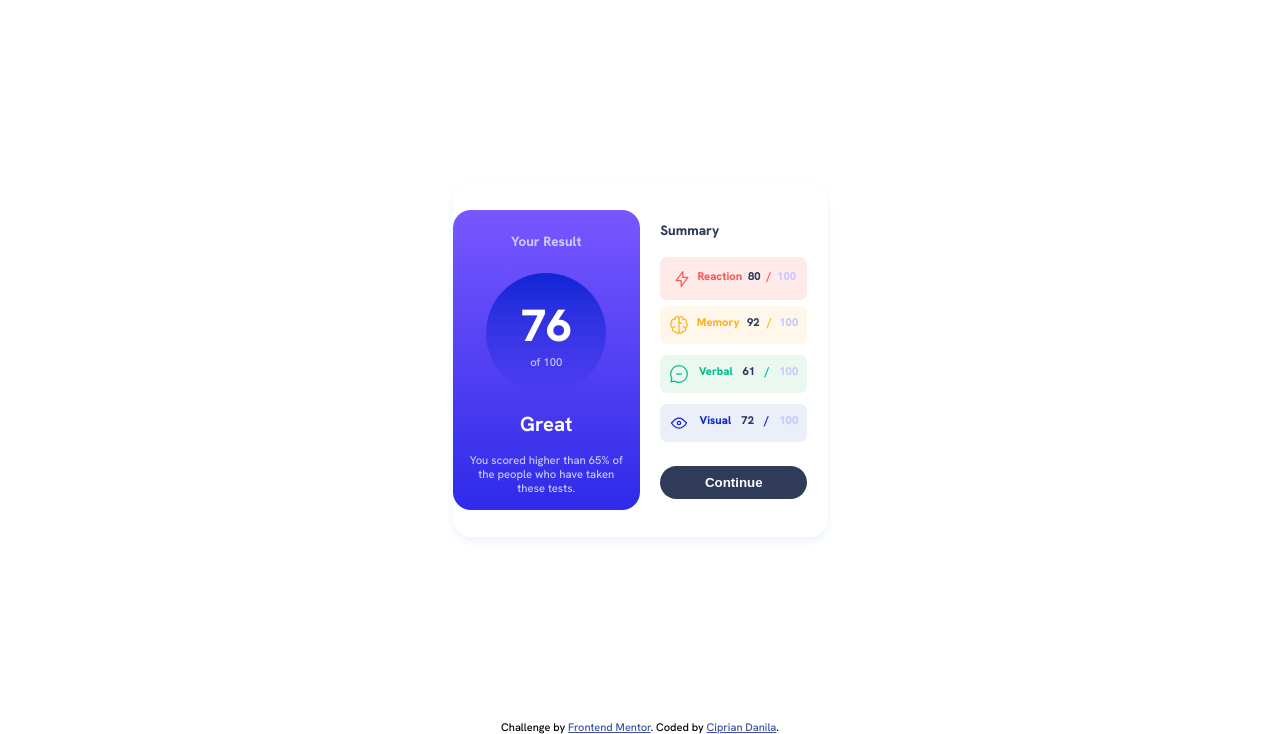
Repository: cipdanila/results-summary-component
Page: index.html
The author's editor kept a copy of each file at every save. The page is drawn from the files as they stood at one save, then again after the next save.
The browser window is 1280 px wide. The pictures show the whole page.

Above is the page before, as saved 2024-02-02 20:26:48.

### index.html
<!DOCTYPE html>
<html lang="en">
    <head>
        <meta charset="UTF-8" />
        <meta name="viewport" content="width=device-width, initial-scale=1.0" />
        <!-- displays site properly based on user's device -->

        <link rel="icon" type="image/png" sizes="32x32" href="./assets/images/favicon-32x32.png" />
        <link rel="stylesheet" href="styles.css" />
        <title>Frontend Mentor | Results summary component</title>
    </head>
    <body>
        <main>
            <div class="card">
                <div class="result">
                    <p id="result-title">Your Result</p>
                    <div class="score-circle">
                        <div class="big-num">76</div>
                        <div class="small-text">of 100</div>
                    </div>
                    <h4>Great</h4>
                    <p>You scored higher than 65% of the people who have taken these tests.</p>
                </div>
                <div class="summary">
                    <p id="summary">Summary</p>
                    <div class="reaction">
                        <img src="./assets/images/icon-reaction.svg" alt="raction icon" />
                        Reaction <span class="percent">80</span> / <span class="hundred">100</span>
                    </div>
                    <div class="memory">
                        <img src="./assets/images/icon-memory.svg" alt="memory icon" />
                        Memory <span class="percent">92</span> / <span class="hundred">100</span>
                    </div>
                    <div class="verbal">
                        <img src="./assets/images/icon-verbal.svg" alt="verbal icon" />
                        Verbal <span class="percent">61</span> / <span class="hundred">100</span>
                    </div>
                    <div class="visual">
                        <img src="./assets/images/icon-visual.svg" alt="visual icon" />
                        Visual <span class="percent">72</span> / <span class="hundred">100</span>
                    </div>
                    <button class="continue" type="button">Continue</button>
                </div>
            </div>
        </main>

        <footer>
            <div class="attribution">
                Challenge by
                <a
                    href="https://www.frontendmentor.io/challenges/results-summary-component-CE_K6s0maV/hub"
                    target="_blank"
                    rel="noopener noreferer"
                    >Frontend Mentor</a
                >. Coded by <a href="https://github.com/cipdanila" target="_blank" rel="noopener noreferer">Ciprian Danila</a>.
            </div>
        </footer>
    </body>
</html>

### styles.css
@import url("https://fonts.googleapis.com/css2?family=Hanken+Grotesk:wght@500;700;800&display=swap");

:root {
    /* Colors */
    /* Primary */
    --light-red: hsl(0, 100%, 67%);
    --orange-yellow: hsl(39, 100%, 56%);
    --green-teal: hsl(166, 100%, 37%);
    --cobalt-blue: hsl(234, 85%, 45%);
    /* Gradients */
    --light-slate-blue: hsl(252, 100%, 67%); /*  (background) */
    --light-royal-blue: hsl(241, 81%, 54%); /* (background) */

    --violet-blue: hsla(256, 72%, 46%, 1); /* (circle) */
    --persian-blue: hsla(241, 72%, 46%, 0); /* (circle) */
    /* Neutral */
    --white: hsl(0, 0%, 100%);
    --pale-blue: hsl(221, 100%, 96%);
    --light-lavender: hsl(241, 100%, 89%);
    --dark-gray-blue: hsl(224, 30%, 27%);
}

*,
*::after,
*::before {
    box-sizing: border-box;
    margin: 0;
    padding: 0;
}

body,
html {
    height: 100%;
    font-family: "Hanken Grotesk", sans-serif;
    font-size: 1.125rem; /* 18px */
    font-weight: 300;
    background-color: var(--white);
}

main {
    display: flex;
    justify-content: center;
    align-items: center;
    height: 100%;
}

.card {
    max-width: 375px;
    border-radius: 1rem;
    box-shadow: 0 4px 8px 0 var(--pale-blue);
    display: flex;
    justify-content: center;
    align-items: center;
    background-color: var(--white);
}

.result {
    width: 50%;
    display: flex;
    flex-direction: column;
    justify-content: center;
    align-items: center;
    background: linear-gradient(to bottom, var(--light-slate-blue) 0%, var(--light-royal-blue) 100%);
    color: var(--white);
    border-radius: 1rem;
}

.result #result-title {
    padding: 1.25rem;
    font-weight: 800;
    font-size: 0.75rem;
}

.score-circle {
    width: 120px;
    height: 120px;
    border-radius: 50%;
    background: linear-gradient(to bottom, var(--cobalt-blue) 0%, var(--persian-blue) 100%);
    display: flex;
    flex-direction: column;
    justify-content: center;
    align-items: center;
}

.big-num {
    font-size: 2.5rem;
    font-weight: 800;
}

.small-text {
    font-size: 0.625rem;
    color: var(--light-lavender);
}

.result h4 {
    padding-top: 1rem;
}

.result p {
    font-size: 0.625rem;
    color: var(--light-lavender);
    padding: 0.875rem;
    text-align: center;
}

.summary {
    width: 50%;
    height: auto;
    display: flex;
    flex-direction: column;
    justify-content: center;
    padding: 1.125rem;
    font-weight: 800;
}

.summary p#summary {
    padding: 1rem 0;
    font-size: 0.75rem;
    font-weight: 800;
    color: var(--dark-gray-blue);
}

.summary div {
    width: 100%;
    padding: 0.625rem;
    font-size: 0.625rem;
    display: flex;
    justify-content: space-between;
}

.summary .percent {
    color: var(--dark-gray-blue);
}

.summary .hundred {
    color: var(--light-lavender);
}

.summary .reaction {
    background-color: rgba(255, 51, 51, 0.1);
    color: var(--light-red);
    border-radius: 0.375rem;
}

.summary .memory {
    background-color: rgba(255, 187, 51, 0.1);
    color: var(--orange-yellow);
    border-radius: 0.375rem;
    padding: 0.5rem;
    margin: 0.313rem 0;
}

.summary .verbal {
    background-color: rgba(51, 187, 102, 0.1);
    color: var(--green-teal);
    border-radius: 0.375rem;
    padding: 0.5rem;
    margin: 0.313rem 0;
}

.summary .visual {
    background-color: rgba(51, 102, 187, 0.1);
    color: var(--cobalt-blue);
    border-radius: 0.375rem;
    padding: 0.5rem;
    margin: 0.313rem 0;
}

button {
    width: 100%;
    padding: 0.5rem;
    margin: 1rem auto;
    display: flex;
    justify-content: center;
    align-items: center;
    color: var(--white);
    background-color: var(--dark-gray-blue);
    font-weight: 700;
    border-radius: 1rem;
    border: none;
    cursor: pointer;
}

.attribution {
    font-size: 11px;
    text-align: center;
}
.attribution a {
    color: hsl(228, 45%, 44%);
}

After the next save:
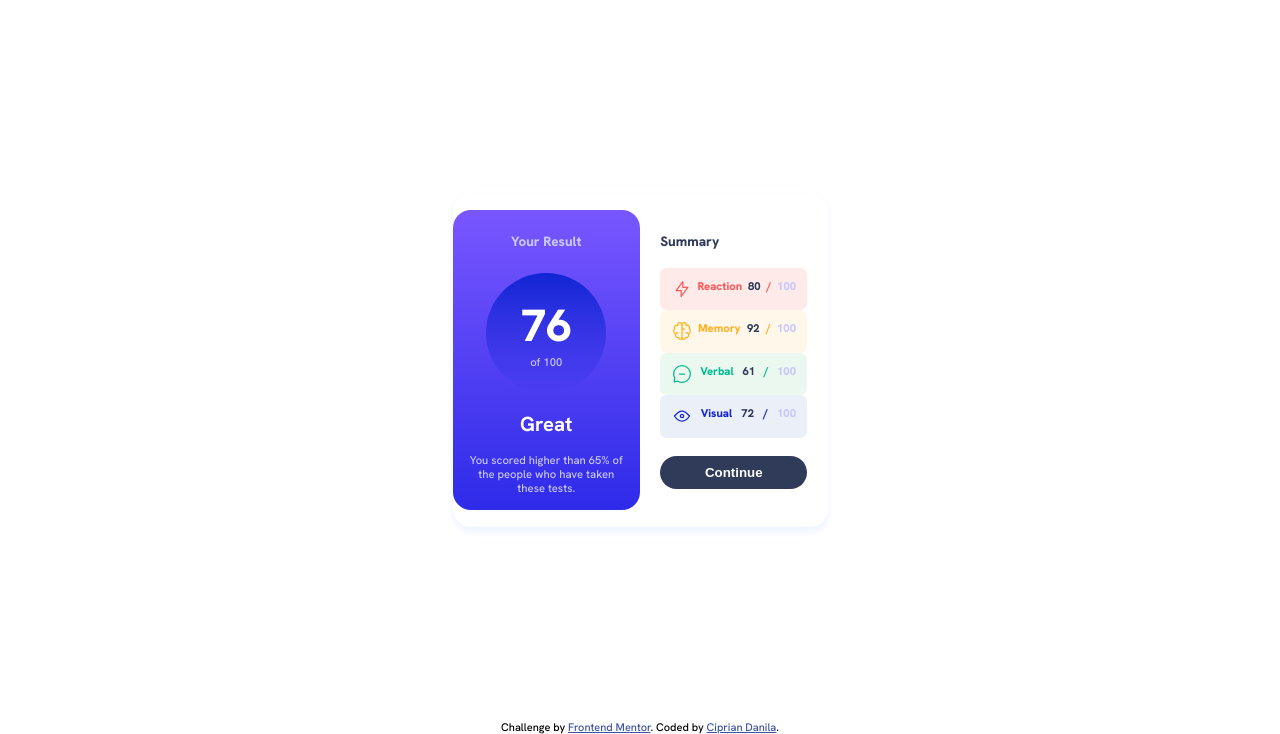
Saved 31 s later.
--- a/styles.css
+++ b/styles.css
@@ -146,24 +146,18 @@
     background-color: rgba(255, 187, 51, 0.1);
     color: var(--orange-yellow);
     border-radius: 0.375rem;
-    padding: 0.5rem;
-    margin: 0.313rem 0;
 }
 
 .summary .verbal {
     background-color: rgba(51, 187, 102, 0.1);
     color: var(--green-teal);
     border-radius: 0.375rem;
-    padding: 0.5rem;
-    margin: 0.313rem 0;
 }
 
 .summary .visual {
     background-color: rgba(51, 102, 187, 0.1);
     color: var(--cobalt-blue);
     border-radius: 0.375rem;
-    padding: 0.5rem;
-    margin: 0.313rem 0;
 }
 
 button {
